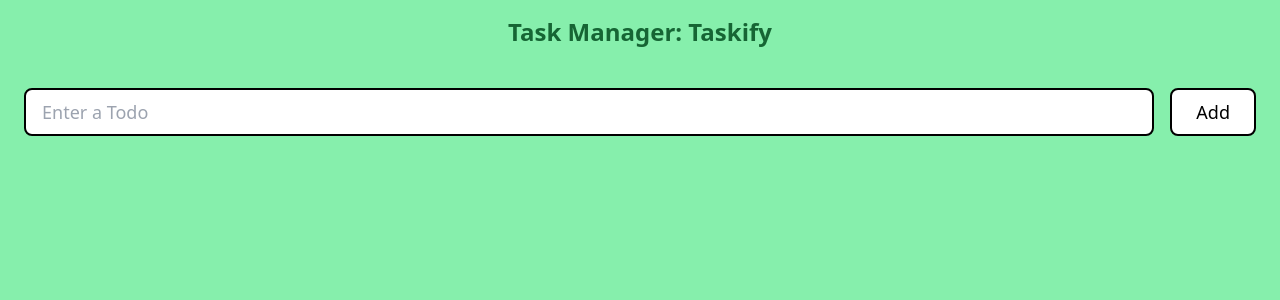
Repository: Dineshbhandari2023/Todo
Page: /
An editor plug-in stored every save of this project. The page is shown before and after the next save, followed by the edit.
The browser window is 1280 px wide. The pictures show the whole page.
Some web fonts or font styles are not loaded; a fallback is used. The project was rebuilt for these pictures with package versions that can differ from the ones it lists, and the page was loaded fresh each time.

Above is the page before, as saved 2025-06-19 00:15:37.

### src/App.tsx
import React, { useState } from "react";
import "./App.css";
import InputFields from "./Components/InputFields";
import { Todo } from "./model";

// //Learning Types
// let name: string;
// let age: number;
// let hobbies: string[];
// let role: [number, number, string];

// // Objects Can be defined using: types or interface
// type Animal = {
//   name: string;
//   age: number;
//   color?: string;
// };

// let myAnimal: Animal = {
//   name: "Dog",
//   age: 3,
//   color: "Brown",
// };

// let Animals: Animal[];

// //defining function in ts
// function printAnything(Animal: string) {
//   console.log(Animal);
// }

// printAnything("DOG");

const App: React.FC = () => {
  const [todo, setTodo] = useState<string>("");
  const [todos, setTodos] = useState<Todo[]>([]);

  const handleAdd = (e: React.FormEvent) => {
    e.preventDefault();
    if (todo) {
      setTodos([...todos, { id: Date.now(), todo: todo, isDone: false }]);
      setTodo("");
    }
  };
  console.log(todos);

  return (
    <div className="bg-green-300 h-screen">
      <h1 className="font-extrabold text-center text-green-800 text-2xl p-4">
        Task Manager: Taskify
      </h1>
      <InputFields todo={todo} setTodo={setTodo} handleAdd={handleAdd} />
    </div>
  );
};

export default App;

### src/App.css
@import url("https://fonts.googleapis.com/css2?family=Montserrat:ital@0;1&family=Savate:ital,wght@0,200..900;1,200..900&display=swap");

.App {
  text-align: center;
  font-family: "Montserrat", sans-serif;
}

### src/Components/InputFields.tsx
import React from "react";

interface Props {
  todo: string;
  setTodo: React.Dispatch<React.SetStateAction<string>>;
  handleAdd: (e: React.FormEvent) => void;
}

const InputFields = ({ todo, setTodo, handleAdd }: Props) => {
  return (
    <form className="flex gap-4 m-6" onSubmit={handleAdd}>
      <input
        type="text"
        value={todo}
        onChange={(e) => setTodo(e.target.value)}
        placeholder="Enter a Todo"
        className="flex-1 px-4 py-2 border-2 border-black rounded-lg text-lg focus:outline-none focus:ring-2 focus:ring-blue-500"
      />
      <button
        className="px-6 py-2 bg-white border-2 border-black rounded-lg text-lg font-medium hover:bg-blue-600 focus:outline-none focus:ring-2 focus:ring-blue-500"
        type="submit"
      >
        Add
      </button>
    </form>
  );
};

export default InputFields;

Loaded but not shown: public/index.html (common file); src/index.tsx (common file); src/index.css (common file); tailwind.config.js (common file)

After the next save:
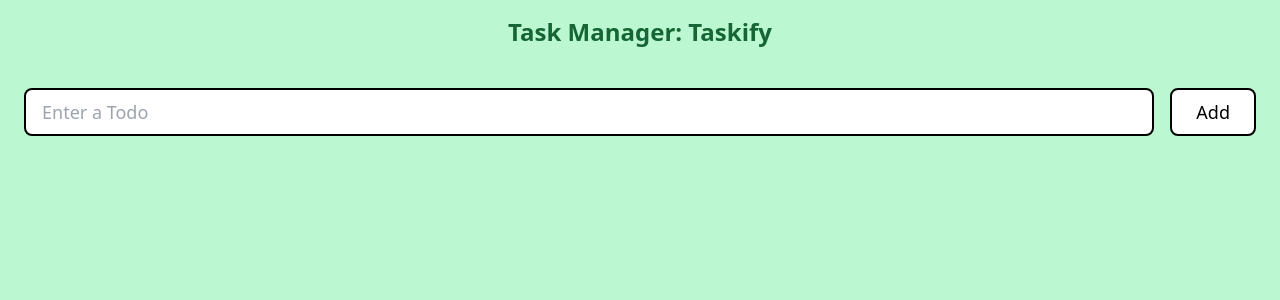
Saved 10 s later.
--- a/src/App.tsx
+++ b/src/App.tsx
@@ -45,7 +45,7 @@ const App: React.FC = () => {
   console.log(todos);
 
   return (
-    <div className="bg-green-300 h-screen">
+    <div className="bg-green-200 h-screen">
       <h1 className="font-extrabold text-center text-green-800 text-2xl p-4">
         Task Manager: Taskify
       </h1>
